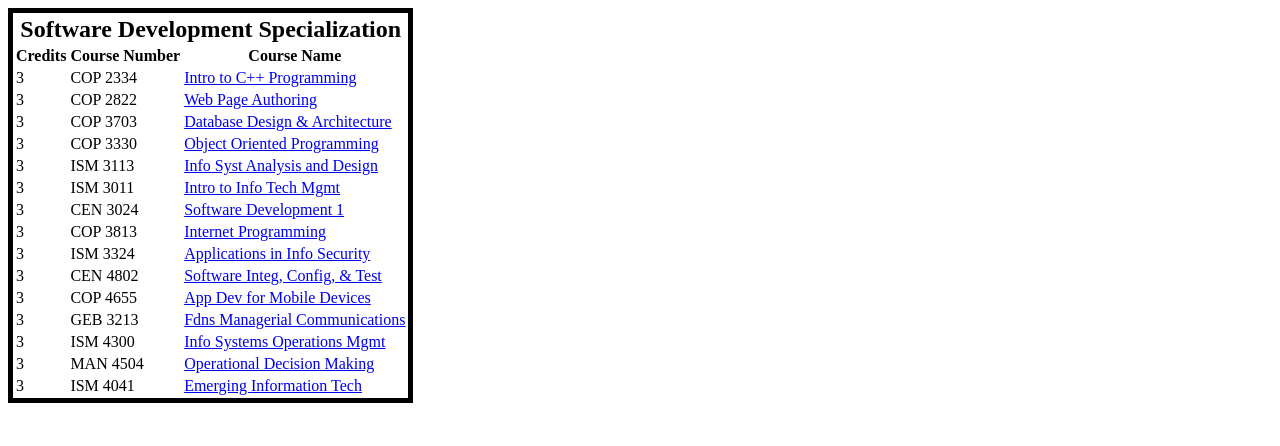
Repository: mlmEFSC21/P5-DegreeTableStyling
Page: FormattedProgramSpecialization1.html
The author's editor kept a copy of each file at every save. The page is drawn from the files as they stood at one save, then again after the next save.
The browser window is 1280 px wide. The pictures show the whole page.
Some web fonts or font styles are not loaded; a fallback is used.

Above is the page before, as saved 2022-02-07 16:03:53.

### FormattedProgramSpecialization1.html
<!DOCTYPE html>
<html lang="en">
    <head>
        <meta charset="UTF-8" />
        <meta http-equiv="X-UA-Compatible" content="IE=edge" />
        <meta name="viewport" content="width=device-width, initial-scale=1.0" />
        <link rel="preconnect" href="https://fonts.googleapis.com" />
        <link rel="preconnect" href="https://fonts.gstatic.com" crossorigin />
        <link
            href="https://fonts.googleapis.com/css2?family=Spectral:wght@300&display=swap"
            rel="stylesheet"
        />
        <title>Degree Specialization Table</title>
    </head>
    <body>
        <table style="border: 5px solid black">
            <thead style="text-align: center">
                <tr>
                    <th colspan="3" style="font-size: 18pt; font-weight: bold">
                        Software Development Specialization
                    </th>
                </tr>
                <tr>
                    <th>Credits</th>
                    <th>Course Number</th>
                    <th>Course Name</th>
                </tr>
            </thead>
            <tbody>
                <tr>
                    <td>3</td>
                    <td>COP 2334</td>
                    <td>
                        <a
                            href="https://bannerweb.easternflorida.edu/prod/bwckctlg.p_disp_course_detail?cat_term_in=202210&subj_code_in=COP&crse_numb_in=2334"
                            >Intro to C++ Programming</a
                        >
                    </td>
                </tr>
                <tr>
                    <td>3</td>
                    <td>COP 2822</td>
                    <td>
                        <a
                            href="https://bannerweb.easternflorida.edu/prod/bwckctlg.p_disp_course_detail?cat_term_in=202210&subj_code_in=COP&crse_numb_in=2822"
                            >Web Page Authoring</a
                        >
                    </td>
                </tr>
                <tr>
                    <td>3</td>
                    <td>COP 3703</td>
                    <td>
                        <a
                            href="https://bannerweb.easternflorida.edu/prod/bwckctlg.p_disp_course_detail?cat_term_in=202210&subj_code_in=COP&crse_numb_in=3703"
                            >Database Design & Architecture</a
                        >
                    </td>
                </tr>
                <tr>
                    <td>3</td>
                    <td>COP 3330</td>
                    <td>
                        <a
                            href="https://bannerweb.easternflorida.edu/prod/bwckctlg.p_disp_course_detail?cat_term_in=202210&subj_code_in=COP&crse_numb_in=3330"
                            >Object Oriented Programming</a
                        >
                    </td>
                </tr>
                <tr>
                    <td>3</td>
                    <td>ISM 3113</td>
                    <td>
                        <a
                            href="https://bannerweb.easternflorida.edu/prod/bwckctlg.p_disp_course_detail?cat_term_in=202210&subj_code_in=ISM&crse_numb_in=3113"
                            >Info Syst Analysis and Design</a
                        >
                    </td>
                </tr>
                <tr>
                    <td>3</td>
                    <td>ISM 3011</td>
                    <td>
                        <a
                            href="https://bannerweb.easternflorida.edu/prod/bwckctlg.p_disp_course_detail?cat_term_in=202210&subj_code_in=ISM&crse_numb_in=3011"
                            >Intro to Info Tech Mgmt</a
                        >
                    </td>
                </tr>
                <tr>
                    <td>3</td>
                    <td>CEN 3024</td>
                    <td>
                        <a
                            href="https://bannerweb.easternflorida.edu/prod/bwckctlg.p_disp_course_detail?cat_term_in=202210&subj_code_in=CEN&crse_numb_in=3024"
                            >Software Development 1</a
                        >
                    </td>
                </tr>
                <tr>
                    <td>3</td>
                    <td>COP 3813</td>
                    <td>
                        <a
                            href="https://bannerweb.easternflorida.edu/prod/bwckctlg.p_disp_course_detail?cat_term_in=202210&subj_code_in=COP&crse_numb_in=3813"
                            >Internet Programming</a
                        >
                    </td>
                </tr>
                <tr>
                    <td>3</td>
                    <td>ISM 3324</td>
                    <td>
                        <a
                            href="https://bannerweb.easternflorida.edu/prod/bwckctlg.p_disp_course_detail?cat_term_in=202210&subj_code_in=ISM&crse_numb_in=3324"
                            >Applications in Info Security</a
                        >
                    </td>
                </tr>
                <tr>
                    <td>3</td>
                    <td>CEN 4802</td>
                    <td>
                        <a
                            href="https://bannerweb.easternflorida.edu/prod/bwckctlg.p_disp_course_detail?cat_term_in=202210&subj_code_in=CEN&crse_numb_in=4802"
                            >Software Integ, Config, & Test</a
                        >
                    </td>
                </tr>
                <tr>
                    <td>3</td>
                    <td>COP 4655</td>
                    <td>
                        <a
                            href="https://bannerweb.easternflorida.edu/prod/bwckctlg.p_disp_course_detail?cat_term_in=202210&subj_code_in=COP&crse_numb_in=4655"
                            >App Dev for Mobile Devices</a
                        >
                    </td>
                </tr>
                <tr>
                    <td>3</td>
                    <td>GEB 3213</td>
                    <td>
                        <a
                            href="https://bannerweb.easternflorida.edu/prod/bwckctlg.p_disp_course_detail?cat_term_in=202210&subj_code_in=GEB&crse_numb_in=3213"
                            >Fdns Managerial Communications</a
                        >
                    </td>
                </tr>
                <tr>
                    <td>3</td>
                    <td>ISM 4300</td>
                    <td>
                        <a
                            href="https://bannerweb.easternflorida.edu/prod/bwckctlg.p_disp_course_detail?cat_term_in=202210&subj_code_in=ISM&crse_numb_in=4300"
                            >Info Systems Operations Mgmt</a
                        >
                    </td>
                </tr>
                <tr>
                    <td>3</td>
                    <td>MAN 4504</td>
                    <td>
                        <a
                            href="https://bannerweb.easternflorida.edu/prod/bwckctlg.p_disp_course_detail?cat_term_in=202210&subj_code_in=MAN&crse_numb_in=4504"
                            >Operational Decision Making</a
                        >
                    </td>
                </tr>
                <tr>
                    <td>3</td>
                    <td>ISM 4041</td>
                    <td>
                        <a
                            href="https://bannerweb.easternflorida.edu/prod/bwckctlg.p_disp_course_detail?cat_term_in=202210&subj_code_in=ISM&crse_numb_in=4041"
                            >Emerging Information Tech</a
                        >
                    </td>
                </tr>
            </tbody>
        </table>
    </body>
</html>

After the next save:
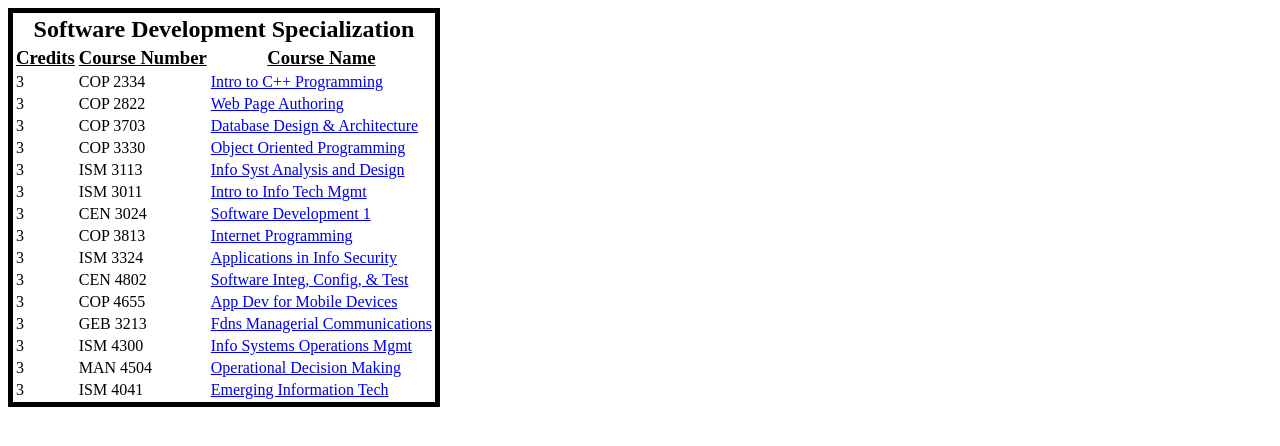
Saved 21 s later.
--- a/FormattedProgramSpecialization1.html
+++ b/FormattedProgramSpecialization1.html
@@ -20,7 +20,7 @@
                         Software Development Specialization
                     </th>
                 </tr>
-                <tr>
+                <tr style="font-size: 14pt; text-decoration: underline">
                     <th>Credits</th>
                     <th>Course Number</th>
                     <th>Course Name</th>
